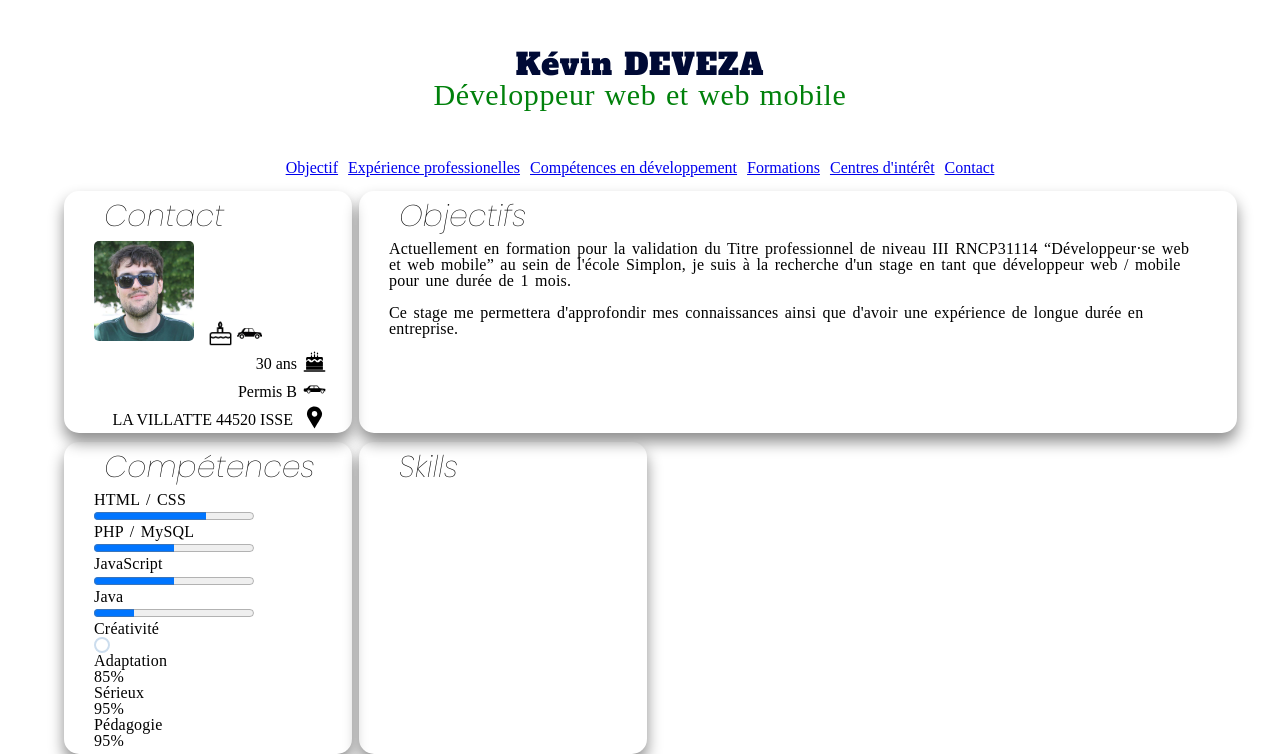
Repository: KevinDvZ/kevindvz.github.io
Page: index.html
An editor plug-in stored every save of this project. The page is shown before and after the next save, followed by the edit.
The browser window is 1280 px wide. The pictures show the whole page.

Above is the page before, as saved 2020-10-30 17:05:00.

After the next save:
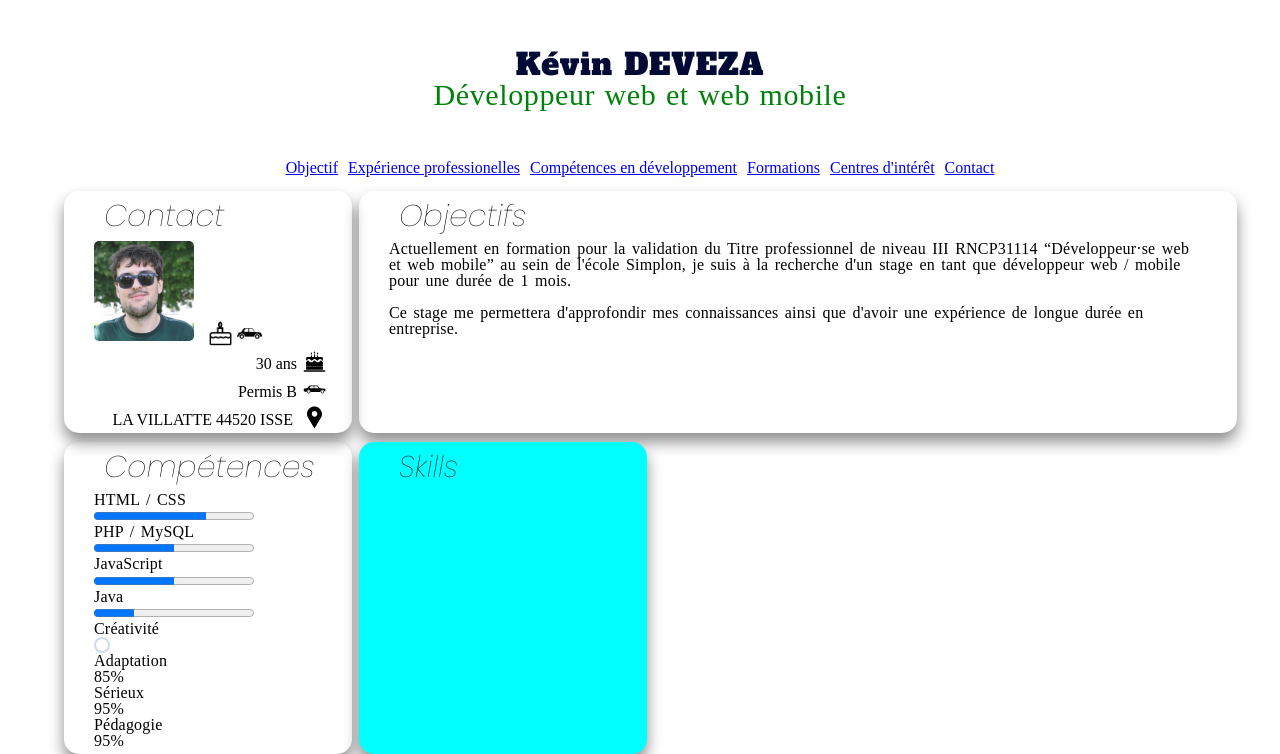
Saved 12 s later.
--- a/css/cv_deveza.css
+++ b/css/cv_deveza.css
@@ -105,7 +105,7 @@ address {
   border-radius: 15px;
 }
 
-#cadre-skills a:hover {
+#cadre-skills {
   background-color: aqua;
 }
 
